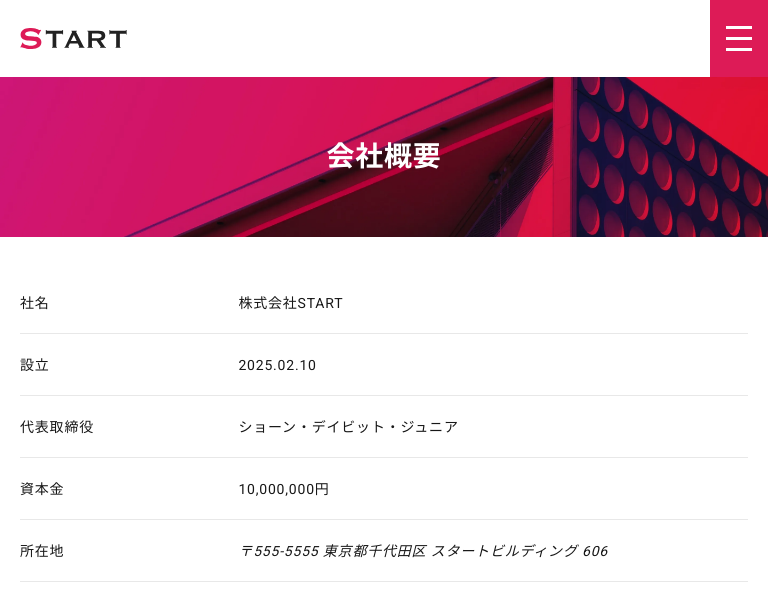
Repository: tetishi/tetishi.github.io
Page: company.html
An editor plug-in stored every save of this project. The page is shown before and after the next save, followed by the edit.
The browser window is 768 px wide. The pictures show the part of the page from y = 0 to 615 px (the page is 1563 px tall before and 1546 px after).
Pictures or frames that could not be fetched are drawn as grey boxes.

Above is the page before, as saved 2023-07-02 21:52:32.

### company.html
<!DOCTYPE html>
<html lang="en">
<head>
    <meta charset="UTF-8">
    <meta http-equiv="X-UA-Compatible" content="IE=edge">
    <meta name="viewport" content="width=device-width, initial-scale=1.0">
    <title>Company</title>
    <!-- <link rel="stylesheet" type="text/css" href="http://yui.yahooapis.com/3.18.1/build/cssreset/cssreset-min.css"> -->
    <link rel="preconnect" href="https://fonts.googleapis.com">
    <link rel="preconnect" href="https://fonts.gstatic.com" crossorigin>
    <link href="https://fonts.googleapis.com/css2?family=Noto+Sans+JP:wght@500;700&family=Roboto:wght@400;700&display=swap" rel="stylesheet">
    <link rel="icon" href="img/favicon.ico">
    <link rel="stylesheet" href="./css/reset.css">
    <link rel="stylesheet" href="./css/company.css">
</head>
<body>
    <header class="header">
        <div class="header-inner">
            <h2 class="nav-title">
                <a href="./index.html">
                    <img class="pc" src="img/logo.svg" alt="STARTのロゴ">
                    <img class="sp" src="img/sp_logo.svg" alt="STARTのロゴ">
                </a>
            </h2>
            <nav class="header-nav">
                <ul class="header-list">
                    <li class="header-item">
                        <a href="./index.html">ホーム</a>
                    </li>
                    <li class="header-item">
                        <a href="./message.html">メッセージ</a>
                    </li>
                    <li class="header-item">
                        <a href="./company.html" class="text-red">会社概要</a>
                    </li>
                </ul>
            </nav>
            <button class="hamburger-btn">
                <span class="bar bar_top"></span>
                <span class="bar bar_mid"></span>
                <span class="bar bar_bottom"></span>
            </button>
        </div>
    </header>

    <main>
        <!-- fv -->
        <div class="fv">
            <picture>
                <source srcset="./img/fv.webp" type="image/webp">
                <img src="./img/fv.jpg" alt="STARTの赤いイメージ背景">
            </picture>
            <!-- page-title-wrapper -->
            <div class="page-title-wrapper">
                <h1 class="page-title">会社概要</h1>
            </div>
        </div>

        <!-- company -->
        <section id="company" class="section-wrapper company-wrapper">
            <div class="section-inner">
                <div class="company-container">
                    <ul class="company-list">
                        <li class="company-item">
                            <p class="company-item-title">社名</p>
                            <p class="company-item-body">株式会社START</p>
                        </li>
                        <li class="company-item">
                            <p class="company-item-title">設立</p>
                            <time class="company-item-body" datetime="2025.02.10">2025.02.10</time>
                        </li>
                        <li class="company-item">
                            <p class="company-item-title">代表取締役</p>
                            <p class="company-item-body">ショーン・デイビット・ジュニア</p>
                        </li>
                        <li class="company-item">
                            <p class="company-item-title">資本金</p>
                            <p class="company-item-body">10,000,000円</p>
                        </li>
                        <li class="company-item">
                            <p class="company-item-title">所在地</p>
                            <address class="company-item-body">〒555-5555 東京都千代田区 スタートビルディング 606</address>
                        </li>
                    </ul>
                </div>
            </div>
            <!-- /.section-inner -->
        </section>

        <section class="section-wrapper map-wrapper">
            <div class="section-inner">
                <iframe src="https://www.google.com/maps/embed?pb=!1m18!1m12!1m3!1d51849.536086047556!2d139.7213596692974!3d35.686948343546895!2m3!1f0!2f0!3f0!3m2!1i1024!2i768!4f13.1!3m3!1m2!1s0x60188c0c0b13f54d%3A0xb630953beee48188!2sChiyoda%20City%2C%20Tokyo!5e0!3m2!1sen!2sjp!4v1680182950475!5m2!1sen!2sjp" width="100%" height="400" style="border:0;" allowfullscreen="" loading="lazy" referrerpolicy="no-referrer-when-downgrade"></iframe>
                <a href="https://www.google.com/maps/embed?pb=!1m18!1m12!1m3!1d51849.536086047556!2d139.7213596692974!3d35.686948343546895!2m3!1f0!2f0!3f0!3m2!1i1024!2i768!4f13.1!3m3!1m2!1s0x60188c0c0b13f54d%3A0xb630953beee48188!2sChiyoda%20City%2C%20Tokyo!5e0!3m2!1sen!2sjp!4v1680182950475!5m2!1sen!2sjp">Google mapで見る</a>
            </div>
            <!-- /.section-inner -->
        </section>

        <!-- news -->
        <section id="news" class="section-wrapper news-wrapper">
            <div class="section-inner news-inner">
                <div class="news-container">
                <ul class="news-list">
                    <li class="news-item">
                        <time datetime="2023.02.10">2023.02.10</time>
                        <a href="#news">コーポレートサイトをリニューアルしました。</a>
                    </li>
                    <li class="news-item">
                        <time datetime="2023.02.08">2023.02.08</time>
                        <a href="#news">採用を強化中です！一緒に働きませんか？</a>
                    </li>
                    <li class="news-item">
                        <time datetime="2022.02.02">2022.02.02</time>
                        <a href="#news">人材紹介SNS『スタート』をリリースしました。3/31まで新規登録キャンペーンを開催中です！サービス内で使える500ポイントをプレゼント！</a>
                    </li>
                </ul>
                <!-- /.news-list -->
            </div>
            <!-- /.section-inner -->
        </section>
    </main>


    <footer class="footer">
        <div class="section-inner">
            <nav class="footer-nav">
                <ul class="footer-nav-list">
                    <li class="footer-nav-item"><a href="./index.html">ホーム</a></li>
                    <li class="footer-nav-item"><a href="./message.html">メッセージ</a></li>
                    <li class="footer-nav-item"><a href="./company.html">会社概要</a></li>
                </ul>
            </nav>
            <small>&copy;START</small>
        </div>
    </footer>

    <script src="https://ajax.googleapis.com/ajax/libs/jquery/3.6.0/jquery.min.js"></script>
    <script src="js/script.js"></script>
</body>
</html>

### css/reset.css
/*
html5doctor.com Reset Stylesheet
v1.6.1
Last Updated: 2010-09-17
Author: Richard Clark - http://richclarkdesign.com
Twitter: @rich_clark
*/

* {
    box-sizing: border-box;
}

html,
body,
div,
span,
object,
iframe,
h1,
h2,
h3,
h4,
h5,
h6,
p,
blockquote,
pre,
abbr,
address,
cite,
code,
del,
dfn,
em,
img,
ins,
kbd,
q,
samp,
small,
strong,
sub,
sup,
var,
b,
i,
dl,
dt,
dd,
ol,
ul,
li,
fieldset,
form,
label,
legend,
table,
caption,
tbody,
tfoot,
thead,
tr,
th,
td,
article,
aside,
canvas,
details,
figcaption,
figure,
footer,
header,
hgroup,
menu,
nav,
section,
summary,
time,
mark,
ruby,
audio,
video {
    margin: 0;
    padding: 0;
    border: 0;
    outline: 0;
    font-size: 100%;
    vertical-align: baseline;
    background: transparent;
}

body {
    line-height: 1.5;
}

img {
    width: 100%;
    height: auto;
    object-fit: cover;
}

button {
    background-color: transparent;
    border: none;
    cursor: pointer;
    outline: none;
    padding: 0;
    appearance: none;
}

article,
aside,
details,
figcaption,
figure,
footer,
header,
hgroup,
menu,
nav,
section {
    display: block;
}

nav ul {
    list-style: none;
}

li {
    list-style: none;
}

a {
    margin: 0;
    padding: 0;
    font-size: 100%;
    vertical-align: baseline;
    background: transparent;
}

input,
select {
    vertical-align: middle;
}

/*end reset css*/

### css/company.css
/* base */

html {
    font-size: 62.5%;
}
body {
    font-size: 1.6rem;
    letter-spacing: .05em;
    color: #171717;
    font-family: "Roboto", "Noto Sans JP", Arial, "Hiragino Kaku Gothic ProN", "Hiragino Sans", Meiryo, sans-serif;
}
img {
    vertical-align: bottom;
}
.section-inner {
    max-width: 1110px;
    margin: 0 auto;
}
a {
    color: inherit;
    text-decoration: none;
}
.text-red {
    color: #DD1B57;
}
.pc {
    display: block;
}
.sp {
    display: none;
}

/* header */
.header {
    padding: 30px 70px;
    width: 100%;
}

.header a {
    text-decoration: none;
}
.header-inner {
    display: flex;
    justify-content: space-between;
    align-items: center;
}
.header-list {
    display: flex;
}
.header-item {
    margin-right: 30px;
}
.header-item:last-of-type {
    margin-right: 0;
}
.hamburger-btn {
    display: none;
}

/* fv */
.fv {
    height: 190px;
    background-size: cover;
    background-position: center;
    position: relative;
}
.fv img {
    height: 190px;
    object-fit: cover;
}
.page-title-wrapper {
    position: absolute;
    left: 50%;
    top: 50%;
    color: #fff;
    transform: translate(-50%,-50%);
}
.page-title {
    font-size: 4rem;
}

/* company */
.company-wrapper {
    margin: 86px 0 50px 0;
}
.company-item {
    display: flex;
    padding: 30px 0;
    border-bottom: 1px solid #E8E8E8;
    font-size: 1.5rem;
    padding-left: 30px;
}
.company-item-title {
    width: 30%;
}

/* map */
.map-wrapper {
    margin-bottom: 78px;
}
.map-wrapper a {
    text-decoration: underline;
    color: #349BF4;
    display: block;
    text-align: right;
}
iframe {
    margin-bottom: 21px;
}

/* news */
.news-wrapper {
    margin-bottom: 100px;
}
.news-inner {
    display: flex;
    column-gap: 90px;
}
.news-item {
    padding: 15px 0 16px 0;
    border-bottom: 1px solid #E8E8E8;
    display: flex;
    font-size: 1.5rem;
}
.news-item a {
    margin-left: 40px;
}


/* footer */
.footer {
    background-color: #DD1B57;
    color: #fff;
    height: 164px;
}
.footer-nav-list {
    display: flex;
    font-size: 1.4rem;
    padding: 61px 0 17px;
}
.footer-nav-item {
    margin-right: 40px;
}
small {
    font-size: 1.2rem;
    margin-bottom: 50px;
}

@media screen and (max-width: 768px) {
    /* base_sp */
    .section-inner {
        padding: 0 20px;
    }
    .section-title {
        font-size: 3rem;
        margin-bottom: 19px;
    }
    .pc {
        display: none;
    }
    .sp {
        display: block;
    }

    /* header_sp */
    .header {
        padding: 0;
        z-index: 1;
        position: relative;

    }
    .nav-title {
        padding: 22px 20px;
    }
    .header-nav {
        display: none;
        position: fixed;
        top: 0;
        right: 0;
        width: 50%;
        height: 100vh;
        background-color: #DD1B57;
    }
    .header-list {
        height: 100%;
        flex-direction: column;
        padding: 96px 0 0 40px;
    }
    .text-red {
        color: #fff;
        opacity: .5;
    }
    .header-item {
        margin: 0 0 27px;
        color: #fff;
    }
    .header-item:last-of-type {
        margin-bottom: 0;
    }
    .hamburger-btn {
        display: block;
        background-color: #DD1B57;
        padding: 26px 16px;
    }
    .hamburger-btn .bar {
        display: block;
        width: 26px;
        height: 3px;
        background-color: #fff;
        transition: .3s;
    }
    .bar_mid,
    .bar_bottom {
        margin-top: 8px;
    }
    .hamburger-btn.cross .bar_top {
        transform: rotate(45deg) translate(8px, 8px);
        transition: .3s;
    }
    .hamburger-btn.cross .bar_middle {
        opacity: 0;
        transition: .3s;
    }
    .hamburger-btn.cross .bar_bottom {
        transform: rotate(-45deg) translate(8px, -8px);
        transition: .3s;
    }
    body.noscroll {
        overflow: hidden;
    }

    /* fv_sp */
    .fv {
        height: 160px;
    }
    .fv img {
        height: 160px;
    }
    .page-title {
        font-size: 2.8rem;
    }

    /* company_sp */
    .company-wrapper {
        margin: 56px 0 50px 0;
    }
    .company-item {
        padding: 21px 0 19px;
        font-size: 1.4rem;
        padding-left: 0px;
    }
    .company-item:first-child {
        padding: 0 0 19px;
    }
    .company-item-body {
        width: 70%;
    }

    /* map_sp */
    .map-wrapper {
        margin-bottom: 46px;
    }
    iframe {
        margin-bottom: 16px;
    }

    /* news_sp */
    .news-wrapper {
        margin: 46px 0 50px 0;
    }
    .news-inner {
        display: block;
    }
    .news-item {
        padding: 20px 0 16px 0;
        flex-flow: column;
    }
    .news-item a {
        margin-left: 0px;
    }

    /* footer_sp */
    .footer {
        height: 119px;
    }
    .footer-nav-list {
        font-size: 1.2rem;
        padding: 41px 0 19px;
    }
    .footer-nav-item {
        margin-right: 25px;
    }
    small {
        font-size: 1rem;
        margin-bottom: 29px;
    }
}

### js/script.js
//ハンバーガーボタン
$('.hamburger-btn').on('click', function() {
    $('.header-nav').fadeToggle(300);
    $(this).toggleClass('cross');
    $('body').toggleClass('noscroll');
});

After the next save:
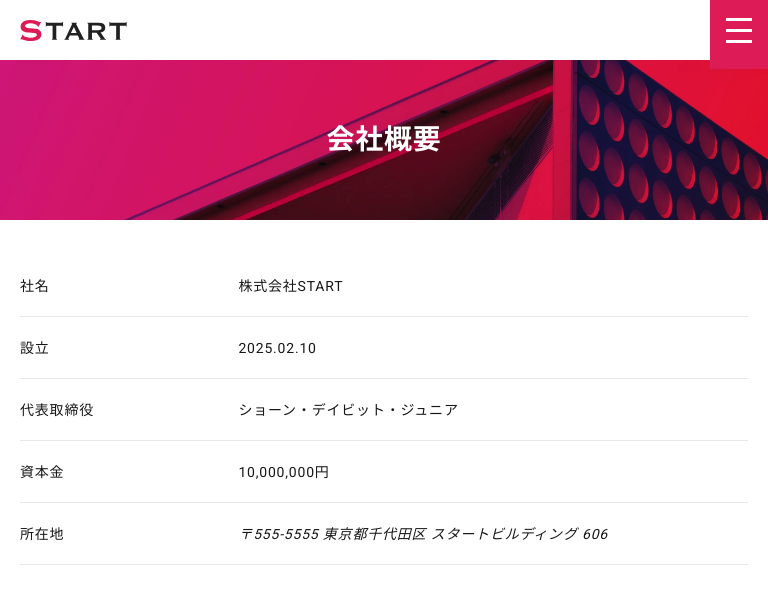
Saved 53 s later.
--- a/css/company.css
+++ b/css/company.css
@@ -169,8 +169,11 @@ small {
         position: relative;
 
     }
+    .header-inner {
+        height: 60px;
+    }
     .nav-title {
-        padding: 22px 20px;
+        padding: 0 0 0 20px;
     }
     .header-nav {
         display: none;
